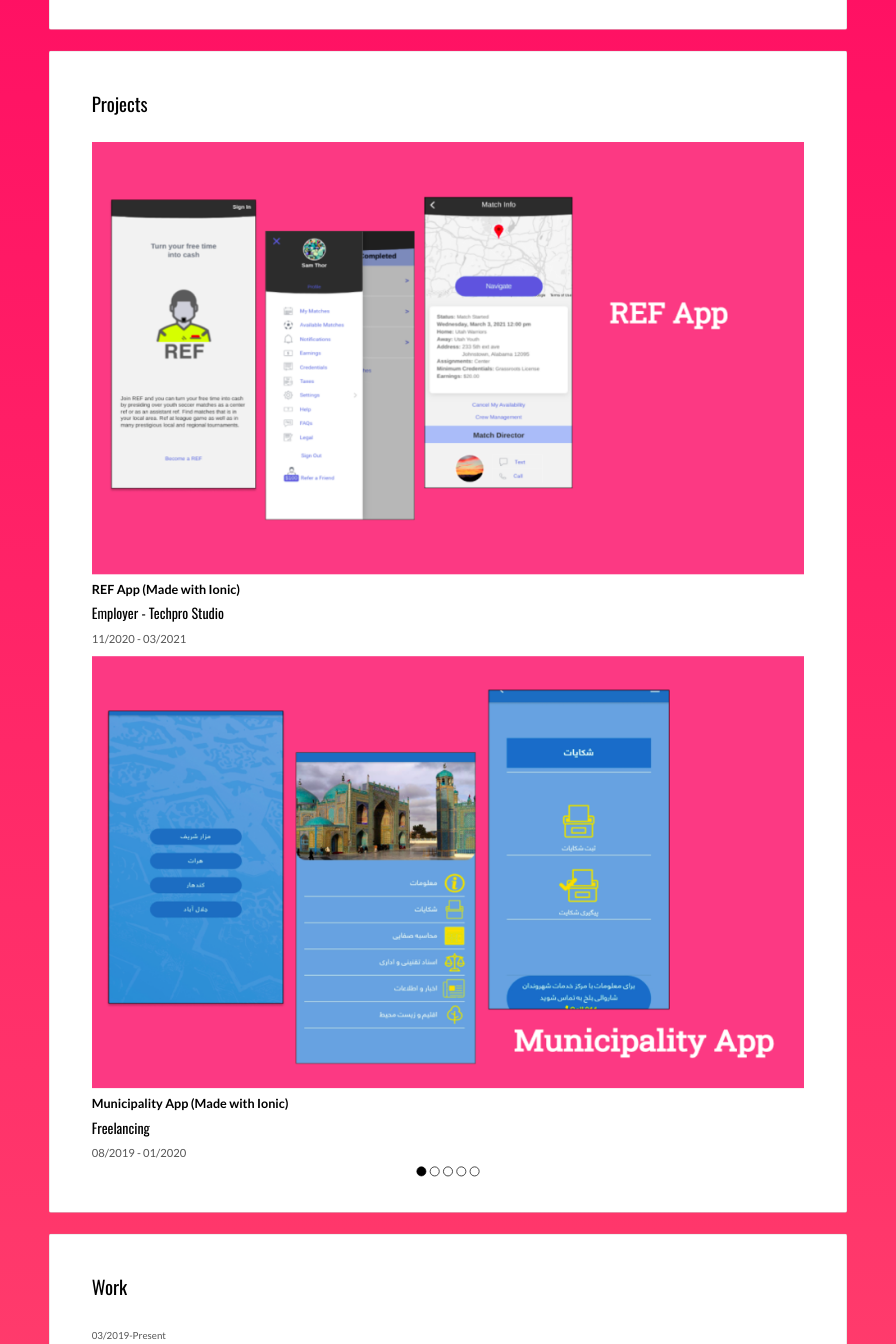
Repository: Ankit-singh7/work_with_ankit.github.io
Page: index.html
The author's editor kept a copy of each file at every save. The page is drawn from the files as they stood at one save, then again after the next save.
The browser window is 1280 px wide. The pictures show the part of the page from y = 788 to 2708 px (the page is 4866 px tall before and 4131 px after), at 70% of full size.

Above is the page before, as saved 2021-03-03 23:59:04.

### index.html
<!DOCTYPE html>
<html lang="en">

<head>
  <meta charset="UTF-8">
  <meta content="IE=edge" http-equiv="X-UA-Compatible">
  <meta content="width=device-width,initial-scale=1" name="viewport">
  <meta content="description" name="description">
  <meta name="google" content="notranslate" />
  <meta content="Mashup templates have been developped by Orson.io team" name="author">

  <!-- Disable tap highlight on IE -->
  <meta name="msapplication-tap-highlight" content="no">

  <link rel="apple-touch-icon" sizes="180x180" href="./assets/apple-icon-180x180.png">
  <link href="./assets/images/img.jpg" rel="icon">

  <title>PORTFOLIO</title>

 <link href="./main.d8e0d294.css" rel="stylesheet"></head>

<body class="">

<!-- Add your content of header -->
<div class="background-color-layer" style="background-image: url('assets/images/img-01.jpg')"
></div>
<main class="content-wrapper">
  <header class="white-text-container section-container">
    <div class="text-center">
      <h1>I am Ankit Singh</h1>
      <p>Software Developer</p>
      <p>
        <!-- <a class="fa-icon fa-icon-2x" href="https://facebook.com/" title="">
          <i class="fa fa-facebook"></i>
        </a> -->
        <!-- <a class="fa-icon fa-icon-2x" href="https://twitter.com/" title="">
          <i class="fa fa-twitter"></i>
        </a> -->
        <!-- <a class="fa-icon fa-icon-2x" href="https://dribbble.com/" title="">
          <i class="fa fa-dribbble"></i>
        </a> -->
        <a class="fa-icon fa-icon-2x" href="https://www.linkedin.com/in/ankit-singh-04b976165/" title="">
          <i class="fa fa-linkedin"></i>
        </a>
        <a class="fa-icon fa-icon-2x" href="https://github.com/Ankit-singh7" title="">
          <i class="fa fa-github"></i>
        </a>
        <a class="fa-icon fa-icon-2x" href="mailto:ankit.as2307@gmail.com" title="">
          <i class="fa fa-envelope"></i>
        </a>
        <!-- <a class="fa-icon fa-icon-2x" href="https://vimeo.com/" title="">
          <i class="fa fa-vimeo"></i>
        </a> -->
      </p>
    </div>
  </header>



<!-- Add your site or app content here -->

 <div class="container">
   <div class="row">
     <div class="col-xs-12">

        <div class="card">
          <div class="card-block">
            <h2>About me</h2>
            <div class="row">
              <div class="col-md-4">
                <p><img src="./assets/images/img.jpg" class="img-responsive" alt=""></p>
              </div>
              <div class="col-md-8">

              <p>Software Developer with 2+ years of experience in web development and hybrid mobile application development using Angular, Ionic and React Native.</p>
              <p>A technology enthusiast with a keen
                interest in problem solving with years of
                experience in Frontend Development and
                Hybrid Mobile App Development.</p>

              </div>
            </div>
          </div>
        </div>

        <!-- <div class="card">
          <div class="card-block">
            <h2>Projects</h2>
            <div class="row">
              <div class="col-md-4">
                <img src="./assets/images/img-02.jpg" class="img-responsive" alt="">
                <h3 class="h5">Amelia App</h3>
                <p>June 2017</p>
              </div>
              <div class="col-md-4">
                <img src="./assets/images/img-03.jpg" class="img-responsive" alt="">
                <h3 class="h5">Portland</h3>
                <p>March 2017</p>
              </div>
              <div class="col-md-4">
                <img src="./assets/images/img-04.jpg" class="img-responsive" alt="">
                <h3 class="h5">Denz for Nilon</h3>
                <p>Jan 2017</p>
              </div>
            </div>
          </div>
        </div> -->

        <div class="card">
          <div class="card-block">
            <h2>Projects</h2>
            <div id="carousel-example-generic" class="carousel slide" data-ride="carousel">


            <!-- Wrapper for slides -->
            <div class="carousel-inner" role="listbox">
              <div class="item active">
                <img src="./assets/images/ref.png" class="img-responsive" alt="...">
                <div class="carousel-caption">
                  <h3 class="h5">REF App (Made with Ionic)</h3>
                  <h4>Employer - Techpro Studio</h4>
                  <p>11/2020 - 03/2021</p>
                </div>
              </div>
              <div class="item active">
                <img src="./assets/images/muni.png" class="img-responsive" alt="...">
                <div class="carousel-caption">
                  <h3 class="h5">Municipality App (Made with Ionic)</h3>
                  <h4>Freelancing</h4>
                  <p>08/2019 - 01/2020</p>
                </div>
              </div>
              <div class="item">
                <img src="./assets/images/engage.png" class="img-responsive" alt="...">
                <div class="carousel-caption">
                  <h3 class="h5">Engage Local (Made with Ionic)</h3>
                  <h4>Employer - Techpro Studio</h4>
                  <p>12/2019 - 05/2020</p>
                </div>
              </div>

              <div class="item">
                <img src="./assets/images/Drag.png" class="img-responsive" alt="...">
                <div class="carousel-caption">
                  <h3 class="h5">Drag & Drop Website Builder (Made with grapesjs)</h3>
                  <h4>Employer - Techpro Studio</h4>
                  <p>06/2020 - 03/2021</p>
                </div>
              </div>
              <div class="item">
                <img src="./assets/images/caters.png" class="img-responsive" alt="...">
                <div class="carousel-caption">
                  <h3 class="h5">Caters App (Made with Ionic)</h3>
                  <h4>Employer - Techpro Studio</h4>
                  <p>08/2020 - 01/2021</p>
                </div>
              </div>
            </div>

            <!-- Indicators -->
            <ol class="carousel-indicators">
              <li data-target="#carousel-example-generic" data-slide-to="0" class="active"></li>
              <li data-target="#carousel-example-generic" data-slide-to="1"></li>
              <li data-target="#carousel-example-generic" data-slide-to="2"></li>
              <li data-target="#carousel-example-generic" data-slide-to="3"></li>
              <li data-target="#carousel-example-generic" data-slide-to="4"></li>
            </ol>

          </div>
          </div>
        </div>

        <div class="card">
          <div class="card-block">
            <h2>Work</h2>
            <div class="work-experience">
              <small class="date">03/2019-Present</small>
              <h3 class="h5 date-title">Software developer - <a href="http://en.orson.io" title="Create professionnal website">Techpro Studio</a></h3>


              <p>- Created and apply UI requirements utilizing Angular Framework, Ionic and React Native to create various web applications and hybrid mobile applications.</p>
              <p>- Maintaining and upgrading existing web applications.</p>
              <p>- Worked closely with clients to meet project requirements.</p>
            </div>


          </div>
        </div>
        <div class="card">
          <div class="card-block">
            <h2>Certificates</h2>
            <div class="work-experience">
              <p>- MEAN Stack Development Certification from edwisor.com.</p>
              <p>- C Programming Language Certification from Brainware.</p>
              <p>- C++ Programming Language Certification from Brainware.</p>
            </div>


          </div>
        </div>

        <div class="card">
          <div class="card-block">
            <h2>Skills</h2>
            <div class="work-experience">
              <h3>[ Angular, Ionic, React Native, Javascript, Typescript, HTML, CSS, Nodejs, MongoDB ]</h3>
            </div>


          </div>
        </div>


        <div class="card">
          <div class="card-block">
            <h2>Education</h2>
            <div class="row">
              <div class="col-md-4">
                <div class="education-experience">
                  <small class="date">2014-2017</small>
                  <h3 class="h5 date-title">Bsc in Mathematics</h3>
                  <p>Asutosh College</p>
                </div>

              </div>
              <div class="col-md-4">
                <div class="education-experience">
                  <small class="date">2012-2014</small>
                  <h3 class="h5 date-title">Higher Secondary</h3>
                  <p>National High School (Boys)</p>
                </div>
              </div>
              <div class="col-md-4">
                <div class="education-experience">
                  <small class="date">2012</small>
                  <h3 class="h5 date-title">Secondary</h3>
                  <p>Andhra Association School</p>
                </div>
              </div>
            </div>
          </div>
        </div>

        <div class="card">
          <div class="card-block">
            <h2>Language</h2>
            <div class="row">
              <div class="col-md-4">
                <div class="language-experience">
                  <h3 class="h5">Hindi  <small>Native</small></h3>
                </div>
              </div>
              <div class="col-md-4">
                <div class="language-experience">
                  <h3 class="h5">English  <small>Professionnal</small></h3>
                </div>
              </div>
              <div class="col-md-4">
                <div class="language-experience">
                  <h3 class="h5">Bengali  <small>Professionnal</small></h3>
                </div>
              </div>
            </div>
          </div>
        </div>


        <div class="card">
          <div class="card-block">
            <h2>Contact</h2>
            <form action="" class="reveal-content">
              <div class="form-group">
                <input type="email" class="form-control" id="email" placeholder="Email">
              </div>
              <div class="form-group">
                <input type="text" class="form-control" id="subject" placeholder="Subject">
              </div>
              <div class="form-group">
                <textarea class="form-control" rows="5" placeholder="Enter your message"></textarea>
              </div>
              <div class="form-group">
                <button type="submit" class=" btn btn-primary">Send message</button>
              </div>
            </form>
          </div>
        </div>

     </div>
   </div>
 </div>

</main>
<footer class="footer-container white-text-container text-center">
  <div class="container">
    <div class="row">
      <div class="col-xs-12">
        <!-- <p><img src="./assets/images/mashup-icon.svg" alt=""></p> -->

        <p>©All right reserved</p>
        <p>
          <a class="fa-icon fa-icon-2x" href="https://www.linkedin.com/in/ankit-singh-04b976165/" title="">
            <i class="fa fa-linkedin"></i>
          </a>
          <a class="fa-icon fa-icon-2x" href="https://github.com/Ankit-singh7" title="">
            <i class="fa fa-github"></i>
          </a>
          <a class="fa-icon fa-icon-2x" href="mailto:ankit.as2307@gmail.com" title="">
            <i class="fa fa-envelope"></i>
          </a>
        </p>
      </div>
    </div>
  </div>
</footer>

<script>
  document.addEventListener("DOMContentLoaded", function (event) {
     scrollRevelation('.card');
  });
</script>
<!-- Google Analytics: change UA-XXXXX-X to be your site's ID

<script>
  (function (i, s, o, g, r, a, m) {
    i['GoogleAnalyticsObject'] = r; i[r] = i[r] || function () {
      (i[r].q = i[r].q || []).push(arguments)
    }, i[r].l = 1 * new Date(); a = s.createElement(o),
      m = s.getElementsByTagName(o)[0]; a.async = 1; a.src = g; m.parentNode.insertBefore(a, m)
  })(window, document, 'script', '//www.google-analytics.com/analytics.js', 'ga');
  ga('create', 'UA-XXXXX-X', 'auto');
  ga('send', 'pageview');
</script>

--><script type="text/javascript" src="./main.bc58148c.js"></script></body>

</html>

Loaded but not shown: main.d8e0d294.css (library); main.bc58148c.js (library)

After the next save:
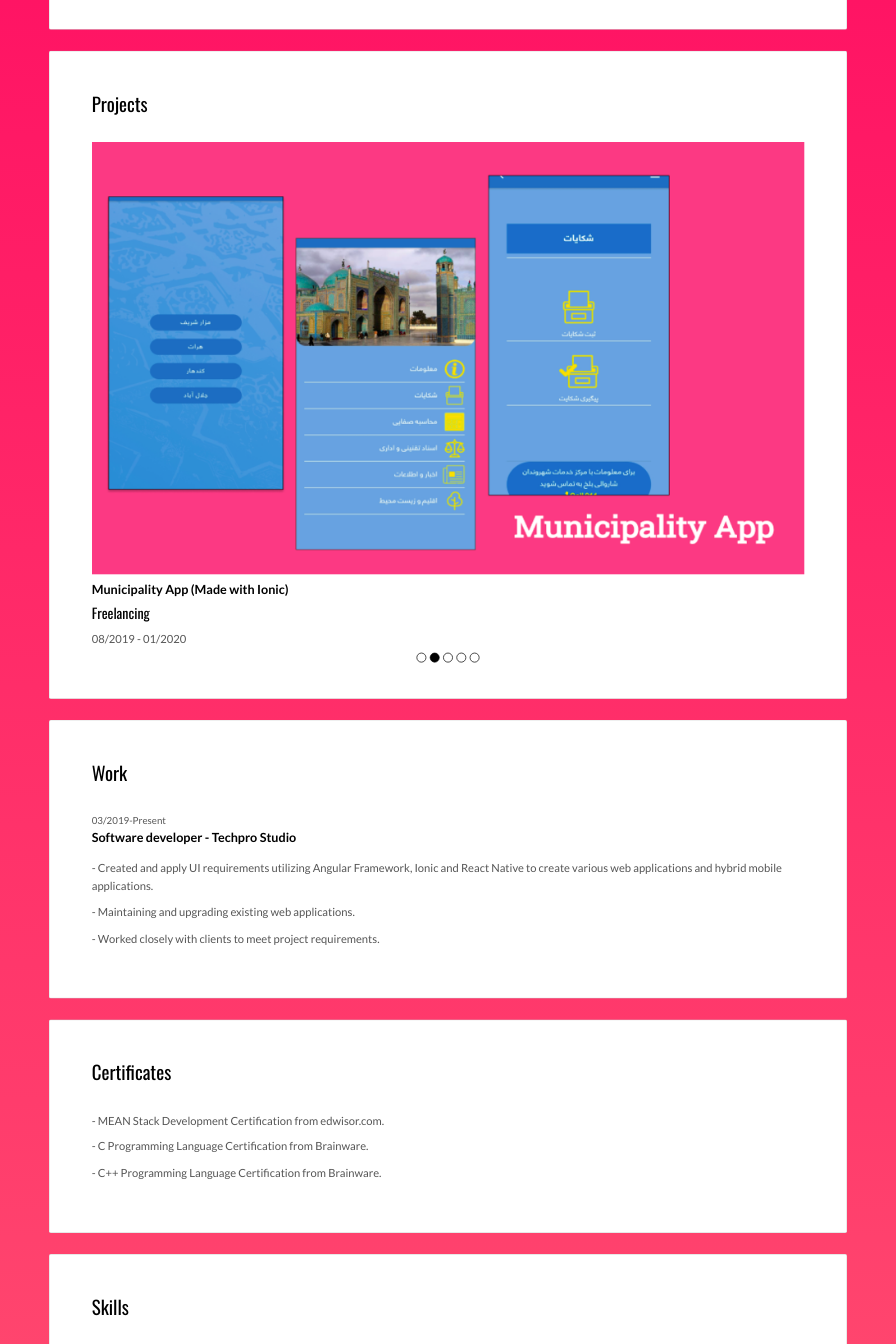
Saved 30 s later.
--- a/index.html
+++ b/index.html
@@ -122,7 +122,7 @@
                   <p>11/2020 - 03/2021</p>
                 </div>
               </div>
-              <div class="item active">
+              <div class="item">
                 <img src="./assets/images/muni.png" class="img-responsive" alt="...">
                 <div class="carousel-caption">
                   <h3 class="h5">Municipality App (Made with Ionic)</h3>
